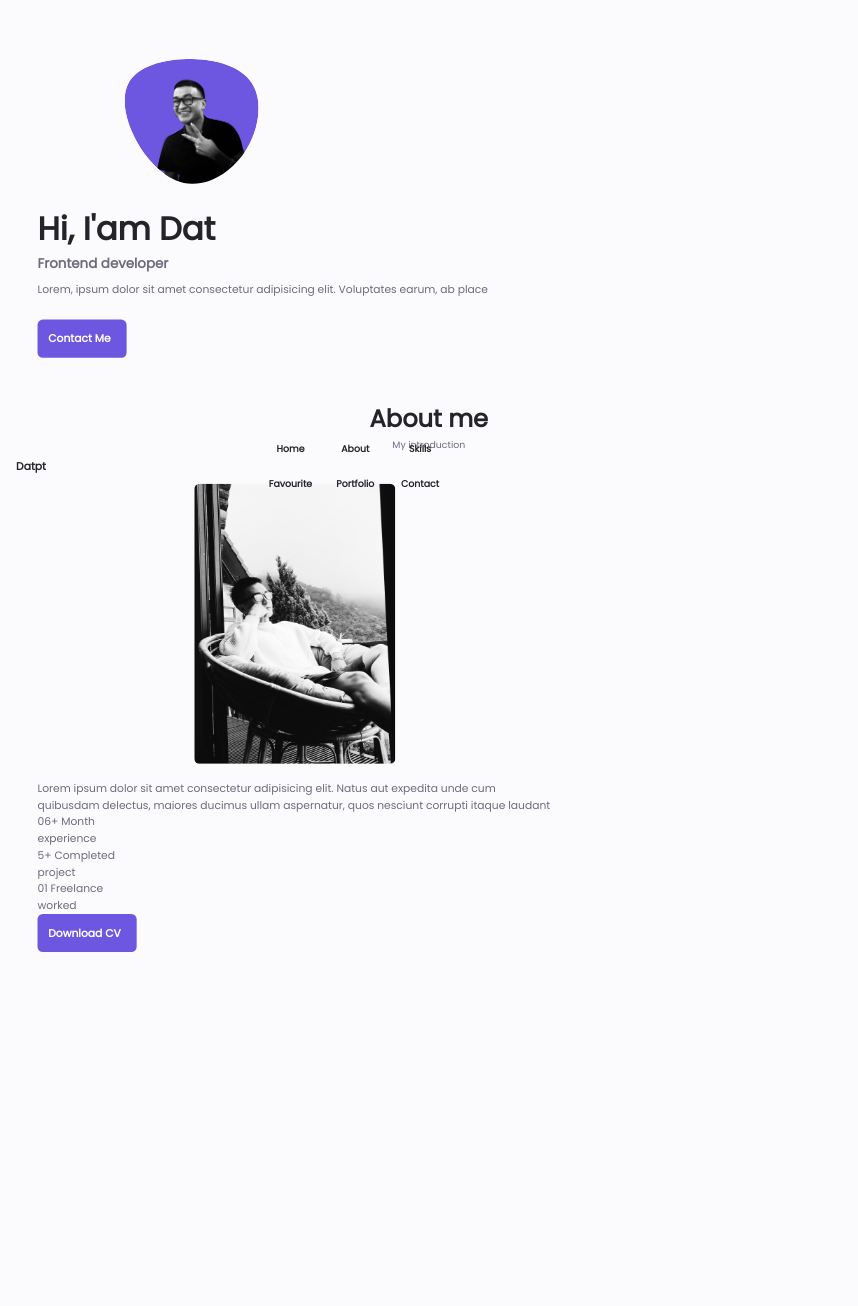
Repository: Datt21/portfolio
Page: index.html
The author's editor kept a copy of each file at every save. The page is drawn from the files as they stood at one save, then again after the next save.
The browser window is 1280 px wide. The pictures show the whole page, at 67% of full size.
Some icons come from a web library that is not loaded, so they are not drawn.

Above is the page before, as saved 2021-07-10 16:39:29.

### index.html
<!DOCTYPE html>
<html lang="en">
<head>
    <meta charset="UTF-8">
    <meta http-equiv="X-UA-Compatible" content="IE=edge">
    <meta name="viewport" content="width=device-width, initial-scale=1.0">
    <!--============= ICONS ================  -->
    <link rel="stylesheet" href="https://unicons.iconscout.com/release/v4.0.0/css/line.css">

    <!-- ============= SWIPER CSS =============== -->
    <link rel="stylesheet" href="">

    <!-- =============== CSS ========================= -->
    <link rel="stylesheet" href="./Css/style.css">

    <title>Portfolio</title>
</head>
<body>
    <!--============================ HEADER ============================ -->
    <header class="header" id="header">
        <nav class="nav container">
            <a href="#" class="nav__logo">Datpt</a>

            <div class="nav__menu" id="nav-menu">
                <ul class="nav__list grid">
                    <li class="nav__item">
                        <a href="#home" class="nav__link">
                            <i class="uil uil-estate nav__icon"></i>Home
                        </a>
                    </li>
                    <li class="nav__item">
                        <a href="#about" class="nav__link">
                            <i class="uil uil-user nav__icon"></i>About
                        </a>
                    </li>
                    <li class="nav__item">
                        <a href="#skill" class="nav__link">
                            <i class="uil uil-file-alt nav__icon"></i>Skills
                        </a>
                    </li>
                    <li class="nav__item">
                        <a href="#fovourite" class="nav__link">
                            <i class="uil uil-books nav__icon"></i>Favourite
                        </a>
                    </li>
                    <li class="nav__item">
                        <a href="#portfolio" class="nav__link">
                            <i class="uil uil-scenery nav__icon"></i>Portfolio
                        </a>
                    </li>
                    <li class="nav__item">
                        <a href="#contact" class="nav__link">
                            <i class="uil uil-message nav__icon"></i>Contact
                        </a>
                    </li>
                </ul>
                <i class="uil uil-times nav__close" id="nav-close"></i>
            </div>

            <div class="nav__btns">
                <div class="nav__toggle" id="nav-toggle">
                    <i class="uil uil-apps"></i>
                </div>
            </div>
        </nav>
    </header>

     <!--==================== MAIN ====================-->
     <main class="main">
        <!--==================== HOME ====================-->
        <section class="home section" id="home">
            <div class="home__container container grid">
                <div class="home__content grid">
                    <div class="home__social">
                        <a href="https://www.facebook.com/profile.php?id=100043830603950" target="_blank" class="home__social-icon">
                            <i class="uil uil-facebook"></i>
                        </a>
                        <a href="https://t.me/datpt21" target="_blank" class="home__social-icon">
                            <i class="uil uil-telegram-alt"></i>
                        </a>
                        <a href="https://github.com/Datt21" target="_blank" class="home__social-icon">
                            <i class="uil uil-github-alt"></i>
                        </a>
                    </div>

                    <div class="home__img">
                        <svg class="home__blob" viewBox="0 0 200 187" xmlns="http://www.w3.org/2000/svg" xmlns:xlink="http://www.w3.org/1999/xlink">
                            <mask id="mask0" mask-type="alpha">
                                <path d="M190.312 36.4879C206.582 62.1187 201.309 102.826 182.328 134.186C163.346 165.547
                                130.807 187.559 100.226 186.353C69.6454 185.297 41.0228 161.023 21.7403 129.362C2.45775
                                97.8511 -7.48481 59.1033 6.67581 34.5279C20.9871 10.1032 59.7028 -0.149132 97.9666
                                0.00163737C136.23 0.303176 174.193 10.857 190.312 36.4879Z"/>
                            </mask>
                            <g mask="url(#mask0)">
                                <path d="M190.312 36.4879C206.582 62.1187 201.309 102.826 182.328 134.186C163.346
                                165.547 130.807 187.559 100.226 186.353C69.6454 185.297 41.0228 161.023 21.7403
                                129.362C2.45775 97.8511 -7.48481 59.1033 6.67581 34.5279C20.9871 10.1032 59.7028
                                -0.149132 97.9666 0.00163737C136.23 0.303176 174.193 10.857 190.312 36.4879Z"/>

                                <image class="home_blob-img" x='12' y='18 'xlink:href="./images/me.png"/>
                            </g>
                        </svg>

                    </div>

                    <div class="home__data">
                        <h1 class="home__title">Hi, I'am Dat</h1>
                        <h3 class="home_subtitle">Frontend developer</h3>
                        <p class="home_description">Lorem, ipsum dolor sit amet consectetur adipisicing elit.
                            Voluptates earum, ab place</p>
                        <a href="#contact" class="button button--flex">
                            Contact Me<i class="uil uil-message button__icon"></i>
                        </a>
                    </div>
                </div>

                <div class="home_scroll">
                    <a href="#about" class="home__scroll-button button--flex">
                        <i class="uil uil-mouse-alt-2 home__scroll-mouse"></i>
                        <span class="home__scroll-name">Scroll down</span>
                        <i class="uil uil-arrow-down home__scroll-arrow"></i>
                    </a>
                </div>
            </div>
        </section>

        <!--==================== ABOUT ====================-->
        <section class="about section" id="about">
            <h2 class="section__title">About me</h2>
            <span class="section__subtitle">My introduction</span>

            <div class="about__container container grid">
                <img src="./images/me2.jpg" alt="" class="about__img">

                <div class="about-data">
                    <p class="about-decription">Lorem ipsum dolor sit amet consectetur adipisicing elit.
                        Natus aut expedita unde cum quibusdam delectus, maiores ducimus ullam aspernatur, quos nesciunt corrupti itaque laudant</p>

                    <div class="about__info">
                        <div>
                            <span class="about__info-title">06+</span>
                            <span class="about__info-name">Month <br> experience</span>
                        </div>
                        <div>
                            <span class="about__info-title">5+</span>
                            <span class="about__info-name">Completed <br> project</span>
                        </div>
                        <div>
                            <span class="about__info-title">01</span>
                            <span class="about__info-name">Freelance <br> worked</span>
                        </div>
                    </div>

                    <div class="about__buttons">
                        <a download="" href="./pdf/LeTienDat_CV.pdf" class="button button--flex">
                            Download CV <i class="uil uil-download-alt button__icon"></i>
                        </a>
                    </div>
                </div>
            </div>


        </section>

        <!--==================== SKILLS ====================-->
        <section class="skills section" id="skills">


        </section>

        <!--==================== QUALIFICATION ====================-->
        <section class="qualification section">


        </section>

        <!--==================== SERVICES ====================-->
        <section class="services section" id="services">


        </section>

        <!--==================== PORTFOLIO ====================-->
        <section class="portfolio section" id="portfolio">


        </section>

        <!--==================== PROJECT IN MIND ====================-->
        <section class="project section">


        </section>

        <!--==================== TESTIMONIAL ====================-->
        <section class="testimonial section">


        </section>

        <!--==================== CONTACT ME ====================-->
        <section class="contact section" id="contact">


        </section>
    </main>

    <!--==================== FOOTER ====================-->
    <footer class="footer">


    </footer>

    <!--==================== SCROLL TOP ====================-->


    <!--==================== SWIPER JS ====================-->
    <script src=""></script>

    <!-- =================== JS ======================= -->
    <script src="./JS/main.js"></script>
</body>
</html>

### Css/style.css
/* ========================= GOOGLE FONTS ========================= */
@import url('https://fonts.googleapis.com/css2?family=Poppins&display=swap');

/*========================= VARIABLES CSS ==========================*/
:root{
    --header-height: 3rem;

    /* ---COLORS----- */
    --hue-color: 250;
    --first-color: hsl(var(--hue-color), 69%, 61%);
    --first-color-second: hsl(var(--hue-color), 69%, 61%);
    --first-color-alt: hsl(var(--hue-color), 57%, 53%);
    --first-color-lighter: hsl(var(--hue-color), 92%, 85%);
    --title-color:hsl(var(--hue-color), 8%, 15%);
    --text-color: hsl(var(--hue-color), 8%, 45%);
    --text-color-light: hsl(var(--hue-color), 8%, 65%);
    --input-color: hsl(var(--hue-color), 70%, 96%);
    --body-color: hsl(var(--hue-color), 60%, 99%);
    --container-color: #fff;

    /* --- FONT & SIZES */
    --body-font: 'Poppins', sans-serif;

    --font-semi-bold: 700;
    --font-medium: 600;

    --big-font-size: 2rem;
    --h1-font-size: 1.5rem;
    --h2-font-size: 1.25rem;
    --h3-font-size: 1.125rem;
    --normal-font-size: .938rem;
    --small-font-size: .813rem;
    --smaller-font-size: .75rem;

    /* --- MARGIN BOTTOM */
    --mb-0-25: .25rem;
    --mb-0-5: .5rem;
    --mb-0-75: .75rem;
    --mb-1: 1rem;
    --mb-1-5: 1.5rem;
    --mb-2: 2rem;
    --mb-2-5: 2.5rem;
    --mb-3: 3rem;

    /* Z INDEX */
    --z-tooltip: 10;
    --z-fixed: 100;
    --z-modal: 1000;

}

/* Font size for large devices */
@media screen and (min-width: 968px){
    :root {
        --big-font-size: 3rem;
        --h1-font-size: 2.25rem;
        --h2-font-size: 1.5rem;
        --h3-font-size: 1.25rem;
        --normal-font-size: 1rem;
        --small-font-size: .875rem;
        --smaller-font-size: .813rem;
    }

}

/*====================== Variables Dark Theme ===================  */

/*====================== Button Dark/Light  ===================  */

/*====================== BASE ========================= */
*{
    box-sizing: border-box;
    padding: 0;
    margin: 0;
}

html{
    scroll-behavior: smooth;
}

body{
    margin: 0 0 var(--header-height) 0;
    font-family: var(--body-font);
    font-size: var(--normal-font-size);
    background-color: var(--body-color);
    color: var(--text-color);
}

h1,h2,h3,h4{
    color: var(--title-color);
    font-weight: var(--font-semi-bold)
}

ul{
    list-style: none;
}

a{
    text-decoration: none;
}

img{
    max-width: 100%;
    height: auto;
}

/*========================= set section - css classes ====================  */
.section{
    padding: 2rem;
}

.section__title{
    font-size: var(--h1-font-size);
}

.section__subtitle{
    display: block;
    font-size: var(--small-font-size);
    margin-bottom: var(--mb-3);
}

.section__title,
.section__subtitle{
    text-align: center;
}

/* ===================== LAYOUT ============================== */
.container{
    max-width: 768px;
    margin-left: var(--mb-1-5);
    margin-right: var(--mb-1-5);
}

.grid{
    display: grid;
    gap: 1.5rem;
}

.header{
    width: 100%;
    position: fixed;
    bottom: 0;
    left: 0;
    z-index: var(--z-fixed);
    background-color: var(--body-color);
}

/* ===================== NAV ==================== */
.nav{
    max-width: 968px;
    height: var(--header-height);
    display: flex;
    justify-content:space-between;
    align-items: center;
}

.nav__logo,
.nav__toggle{
    color: var(--title-color);
    font-weight: var(--font-medium);
}

.nav__logo:hover{
    color: var(--first-color);
}

.nav__toggle{
    font-size: 1.1rem;
    cursor: pointer;
}

.nav__toggle:hover{
    color: var(--first-color);
}

@media screen and (max-width: 767px) {
    .nav__menu{
        position: fixed;
        bottom: -100%;
        left: 0;
        width: 100%;
        background-color: var(--body-color);
        padding: 2rem 1.5rem 4rem;
        box-shadow: 0 -1px 4px rgb(0,0,0, .15 );
        border-radius: 1.5rem 1.5rem 0 0;
        transition:0.3s;
    }
}

.nav__list{
    grid-template-columns: repeat(3,1fr);
    gap: 2rem;
}

.nav__link{
    display: flex;
    flex-direction: column;
    align-items: center;
    font-size: var(--small-font-size);
    color: var(--title-color);
    font-weight: var(--font-medium);
}

.nav__link:hover{
    color: var(--first-color);
}

.nav__icon{
    font-size: 1.2rem;
}

.nav__close{
    position: absolute;
    right: 1.3rem;
    bottom: .5rem;
    font-size: 1.5rem;
    cursor: pointer;
    color: var(--first-color);
}

.nav__close:hover{
    color: var(--first-color-alt);
}

/* -----show menu ---------- */
.show-menu{
    bottom: 0;
}

/*==================== HOME ====================*/
.home__container{
    gap: 1rem;
}

.home__content{
    grid-template-columns: .5fr 3fr;
    padding-top: 3.5rem;
    align-items: center;
}

.home__social{
    display: grid;
    grid-template-columns: max-content;
    row-gap: 1rem;
}

.home__social-icon{
    font-size: 1.25rem;
    color: var(--first-color);
}

.home__social-icon:hover{
    color: var(--first-color-alt);
    transform: scale(1.2);
}

.home__blob{
    width: 200px;
    fill: var(--first-color);
}

.home_blob-img{
    width: 170px;
}

.home__data{
    grid-column: 1/3;
}

.home__title{
    font-size: var(--big-font-size);
}

.home_subtitle{
    font-size: var(--h3-font-size);
    color: var(--text-color);
    font-weight: var(--font-medium);
    margin-bottom: var(--mb-0-75);
}

.home_description{
    margin-bottom: var(--mb-2);
}

.home_scroll{
    display: none;
}

.home__scroll-button{
    color: var(--first-color);
    transition: 0.3s;
}

.home__scroll-button:hover{
    transform: translateY(0.25rem);
}

.home__scroll-mouse{
    font-size: 2rem;
}

.home__scroll-name{
    font-size: var(--small-font-size);
    color: var(--title-color);
    font-weight: var(--font-medium);
    margin-right: var(--mb-0-25);
}

.home__scroll-arrow{
    font-size: 1.25rem;
}

/*==================== BUTTONS ====================*/
.button{
    display: inline-block;
    background-color: var(--first-color);
    color: #fff;
    padding: 1rem;
    border-radius: .5rem;
    font-weight: var(--font-medium);
}

.button:hover{
    background-color: var(--first-color-alt);
}

.button__icon{
    font-size: 1.25rem;
    margin-left: var(--mb-0-5);
    transition: 0.3s;
}

.button--flex{
    display: inline-flex;
    align-items: center;
}



/*==================== ABOUT ====================*/
.about__img{
    border-radius: .5rem;
    width: 300px;
    justify-self: center;
    align-self: center;
}

/*==================== SKILLS ====================*/


/*==================== QUALIFICATION ====================*/


/*==================== SERVICES ====================*/


/* Active Modal */


/*==================== PORTFOLIO ====================*/


/*==================== PROJECT IN MIND ====================*/


/*==================== TESTIMONIAL ====================*/


/*==================== CONTACT ME ====================*/


/*==================== FOOTER ====================*/


/*========== SCROLL UP ==========*/


/* Show scroll */


/*========== SCROLL BAR ==========*/


/*==================== MEDIA QUERIES ====================*/
/* For small devices */


/* For medium devices */


/* For large devices */

### JS/main.js
/*================= Menu show Y hidden ================= */
const navMenu = document.getElementById('nav-menu'),
      navToggle = document.getElementById('nav-toggle'),
      navClose = document.getElementById('nav-close')

/*======== Menu show =========*/
/* validate if constant exists */
if(navToggle){
    navToggle.addEventListener('click', () =>{
        navMenu.classList.add('show-menu')
    })
}

/*======== Menu hidden =========*/
/* validate if constant exists */
if(navClose){
    navClose.addEventListener('click', () =>{
        navMenu.classList.remove('show-menu')
    })
}

/*==================== REMOVE MENU MOBILE ====================*/
const navLink = document.querySelectorAll('.nav__link')

function linkAction() {
    const navMenu = document.getElementById('nav-menu')
    //khi click vao moi link,thi menu duoc an di
    navMenu.classList.remove('show-menu')
}
navLink.forEach(n => n.addEventListener('click', linkAction))

/*==================== ACCORDION SKILLS ====================*/


/*==================== QUALIFICATION TABS ====================*/


/*==================== SERVICES MODAL ====================*/


/*==================== PORTFOLIO SWIPER  ====================*/


/*==================== TESTIMONIAL ====================*/


/*==================== SCROLL SECTIONS ACTIVE LINK ====================*/


/*==================== CHANGE BACKGROUND HEADER ====================*/


/*==================== SHOW SCROLL UP ====================*/


/*==================== DARK LIGHT THEME ====================*/

After the next save:
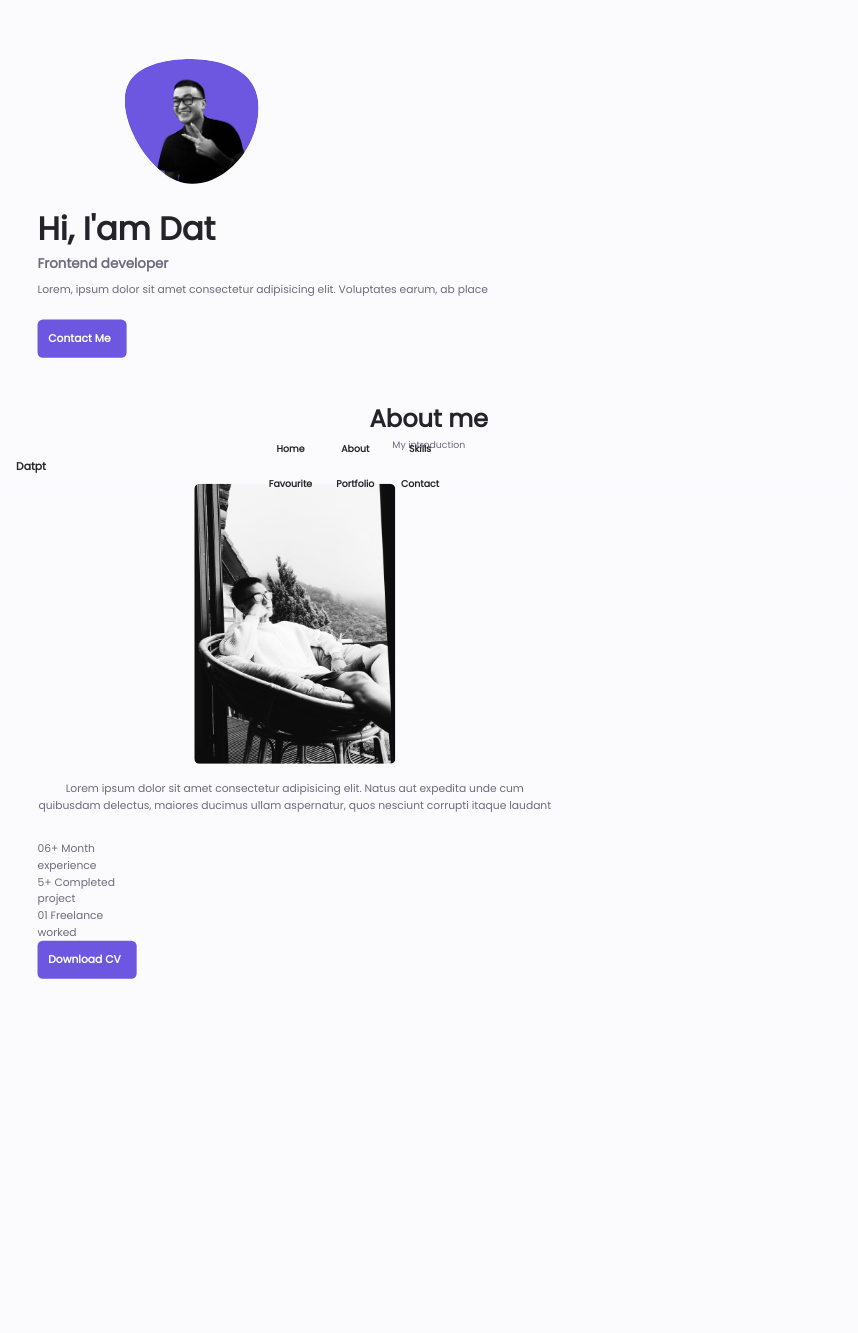
Saved 46 s later.
--- a/Css/style.css
+++ b/Css/style.css
@@ -345,6 +345,10 @@ img{
     align-self: center;
 }
 
+.about-decription{
+    text-align: center;
+    margin-bottom: var(--mb-2-5);
+}
 /*==================== SKILLS ====================*/
 
 
